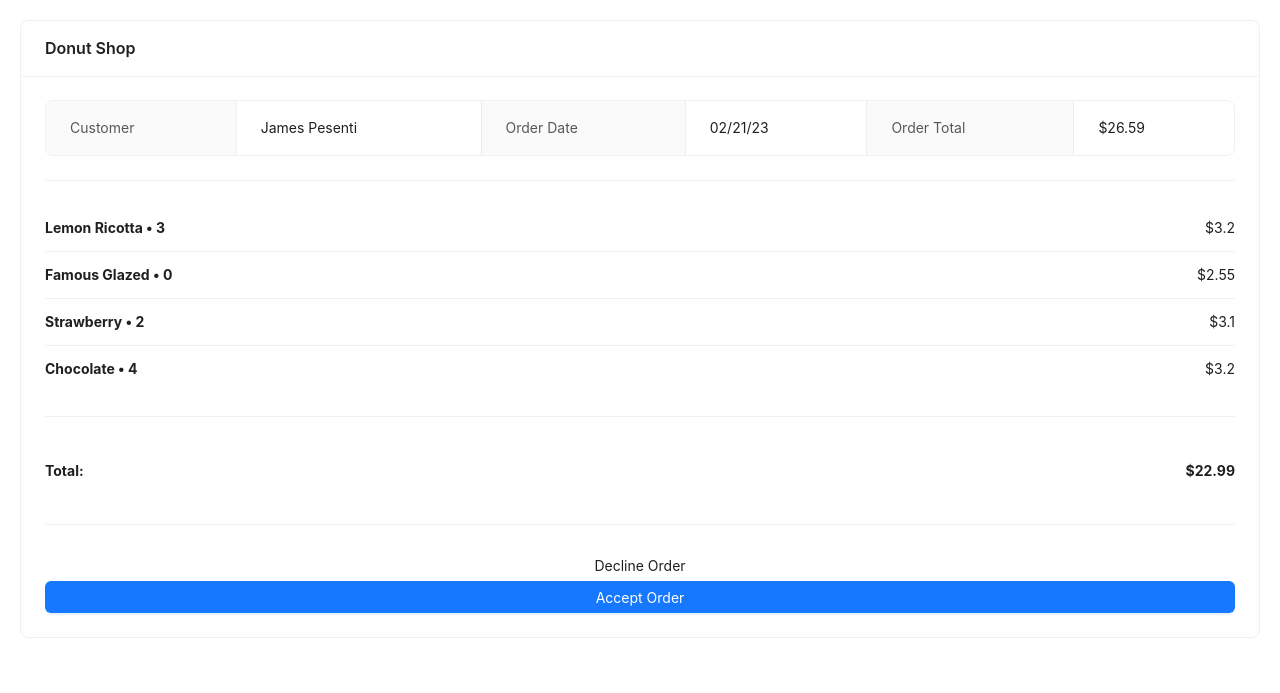
Repository: JamesPesenti/DonutShopDashboard
Page: /
The author's editor kept a copy of each file at every save. The page is drawn from the files as they stood at one save, then again after the next save.
The browser window is 1280 px wide. The pictures show the whole page.
The project was rebuilt for these pictures with package versions that can differ from the ones it lists, and the page was loaded fresh each time.

Above is the page before, as saved 2023-03-22 14:29:36.

After the next save:
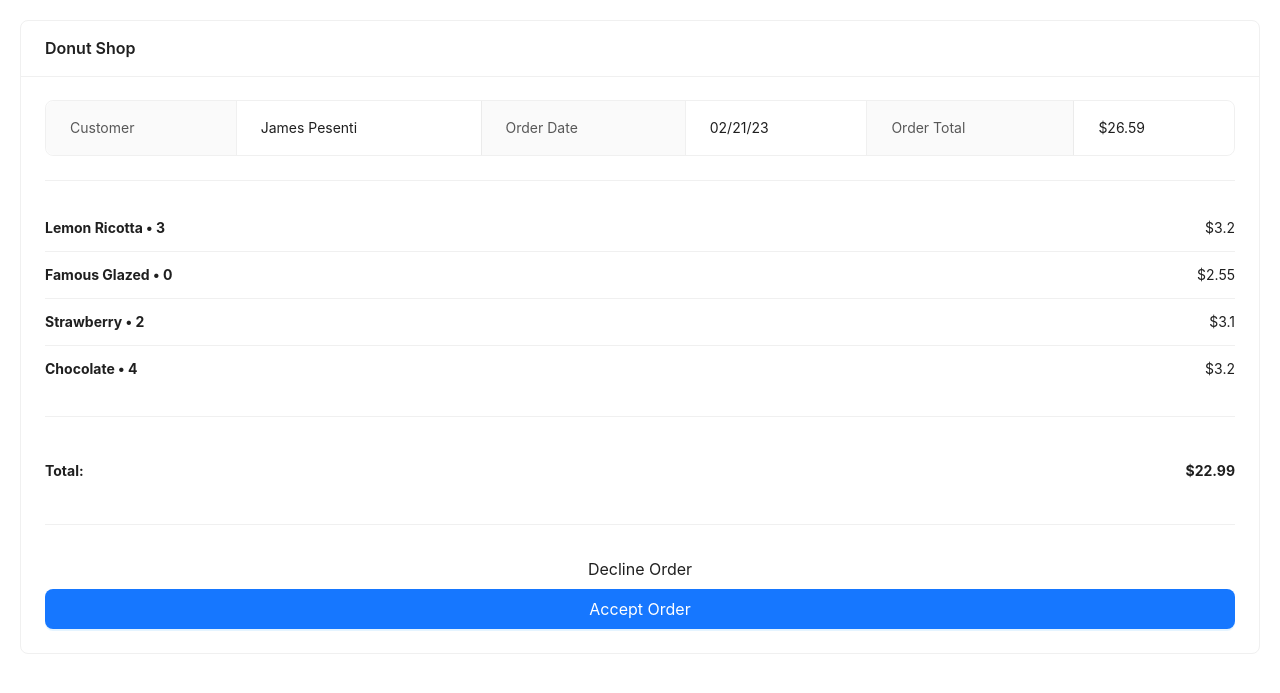
Saved 52 s later.
--- a/src/App.js
+++ b/src/App.js
@@ -33,10 +33,10 @@ function App() {
         </div>
         <Divider />
         <div style={styles.buttonsContainer}>
-          <Button block type="danger">
+          <Button block type="danger" size="large">
             Decline Order
           </Button>
-          <Button block type="primary" style={{ marginHorizontal: 2}}>
+          <Button block type="primary" size="large">
             Accept Order
           </Button>
         </div>
